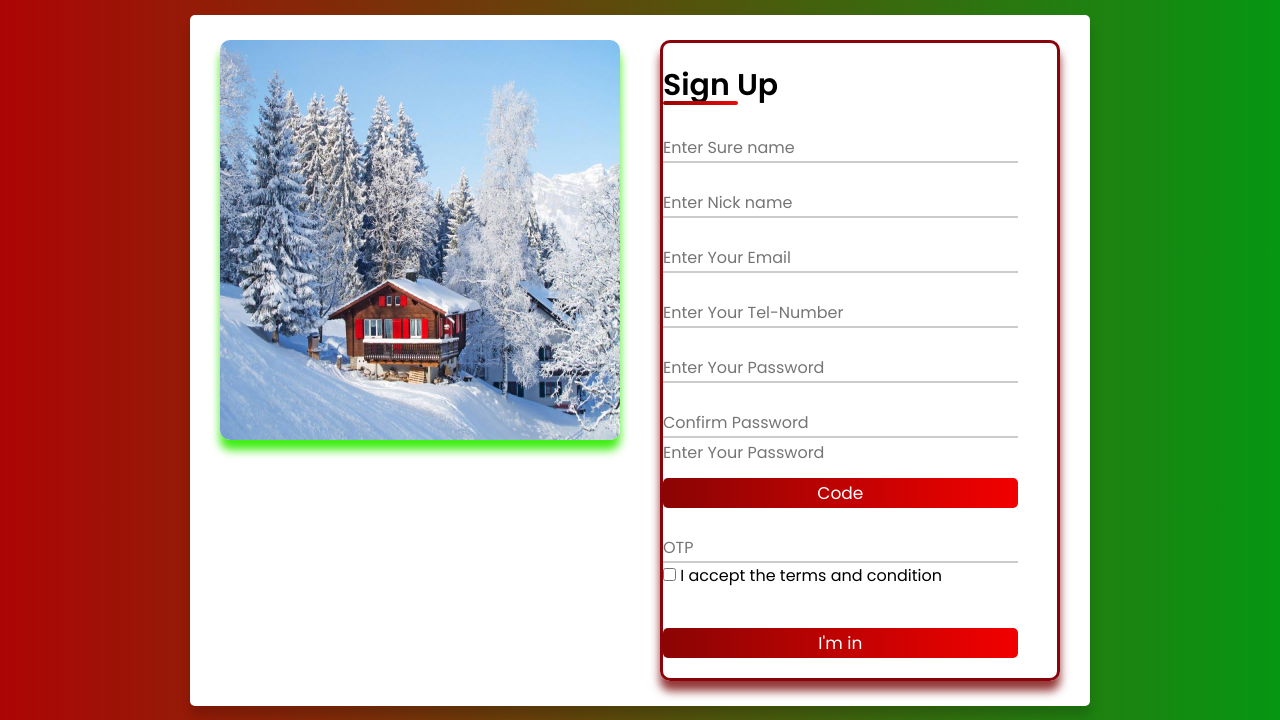
Repository: dev-ashik/Halloween
Page: Reg Page/Index.html
The author's editor kept a copy of each file at every save. The page is drawn from the files as they stood at one save, then again after the next save.
The browser window is 1280 px wide. The pictures show the whole page.

Above is the page before, as saved 2021-12-21 22:23:17.

After the next save:
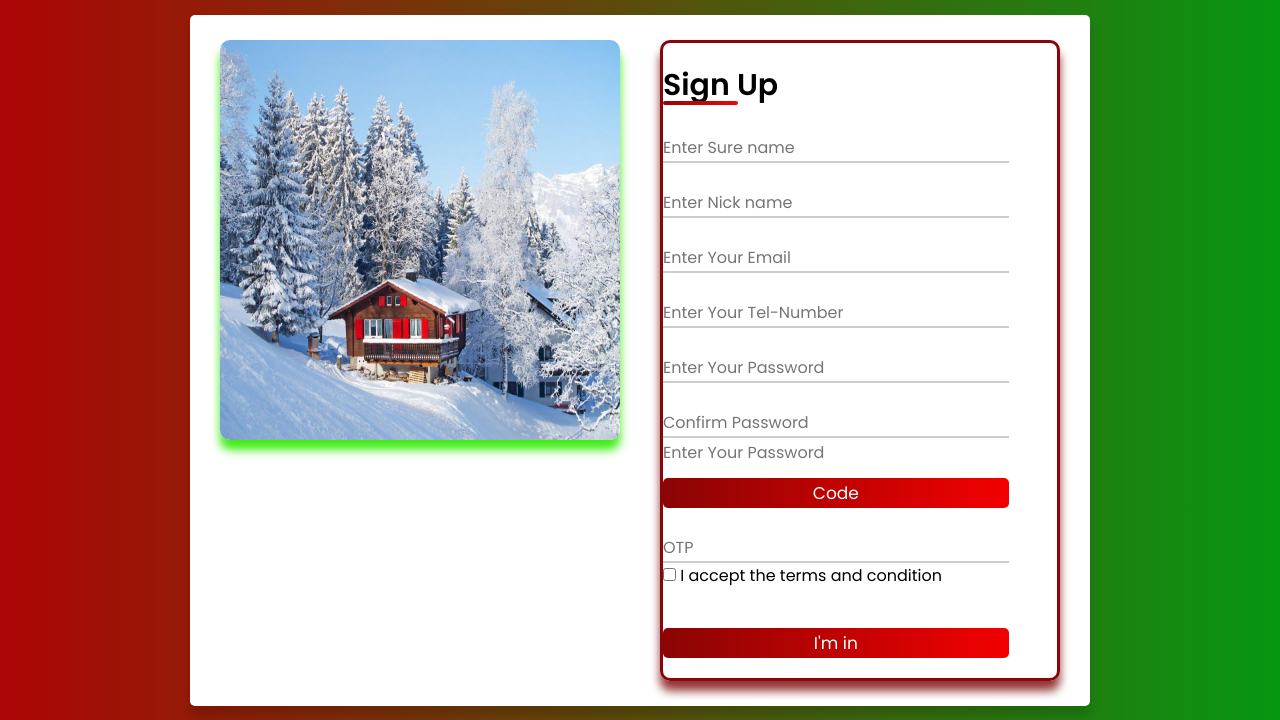
Saved 2 min 33 s later.
--- a/Reg Page/CSS/main.css
+++ b/Reg Page/CSS/main.css
@@ -41,6 +41,7 @@
     float: right;
     border: 3px solid rgb(138, 5, 11);
     border-radius: 10px;
+    padding-right: 10px;
     max-width: 400px;
     width: 100%;
     box-shadow: 0 10px 10px rgba(121, 4, 4, 0.795);

After the save that followed:
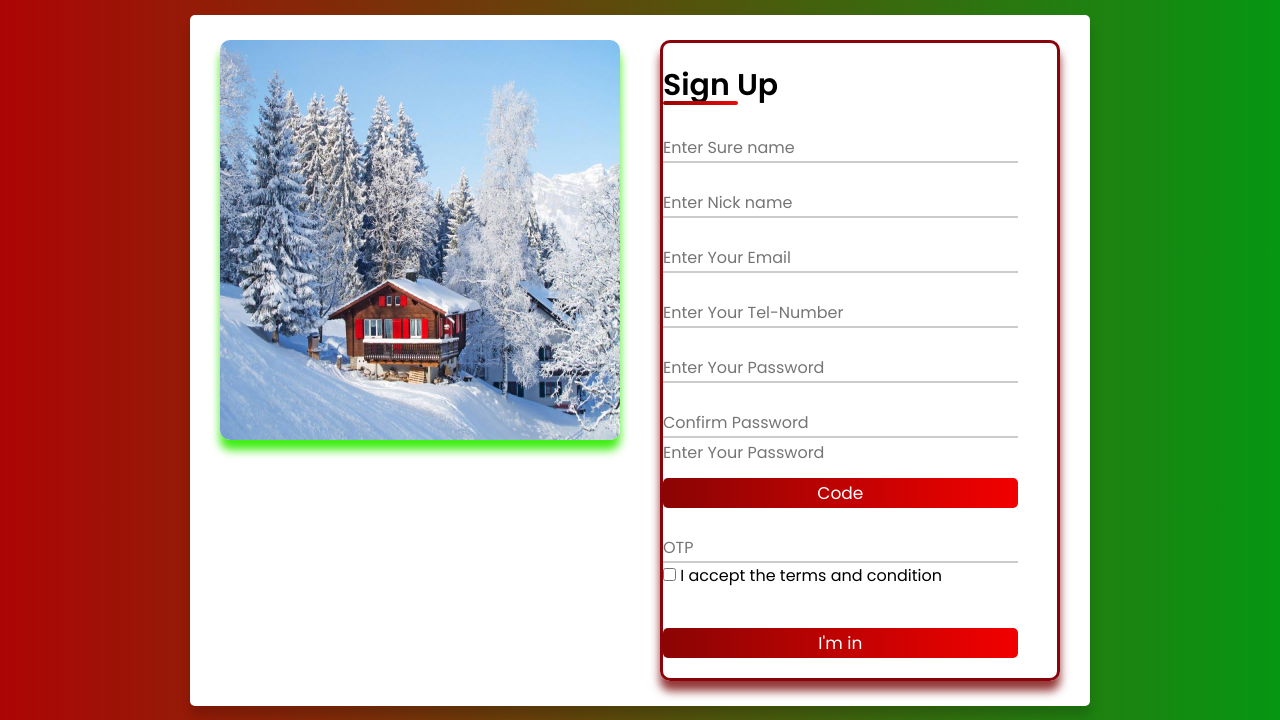
Saved 6 s later.
--- a/Reg Page/CSS/main.css
+++ b/Reg Page/CSS/main.css
@@ -41,7 +41,6 @@
     float: right;
     border: 3px solid rgb(138, 5, 11);
     border-radius: 10px;
-    padding-right: 10px;
     max-width: 400px;
     width: 100%;
     box-shadow: 0 10px 10px rgba(121, 4, 4, 0.795);
